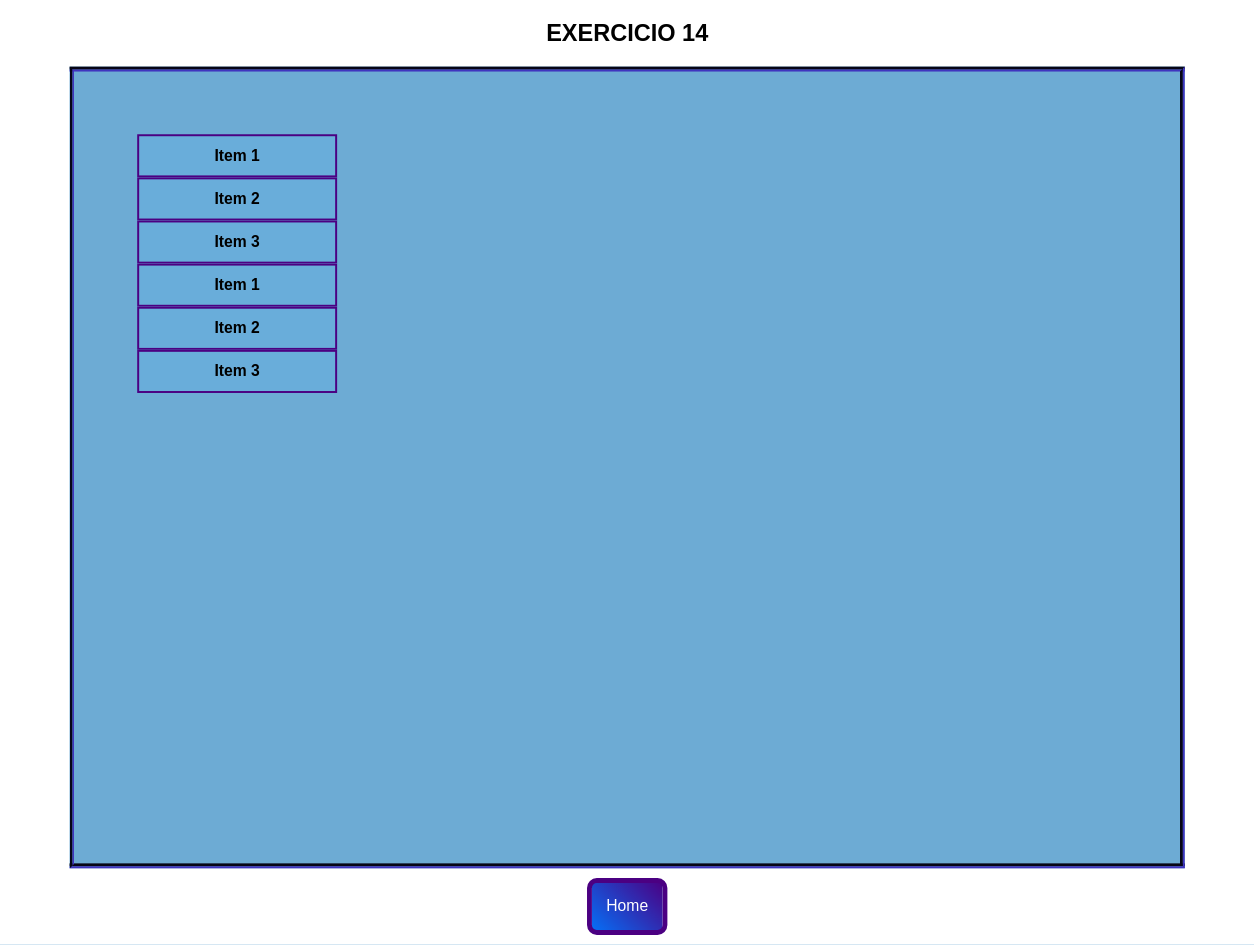
Repository: Elianmrey/TP1-Mobile-First
Page: EXERCISES/EX_14/index.html
The author's editor kept a copy of each file at every save. The page is drawn from the files as they stood at one save, then again after a run of saves.
The browser window is 1280 px wide. The pictures show the whole page, at 98% of full size.

Above is the page before, as saved 2024-08-05 16:54:59.

After the next 3 saves:
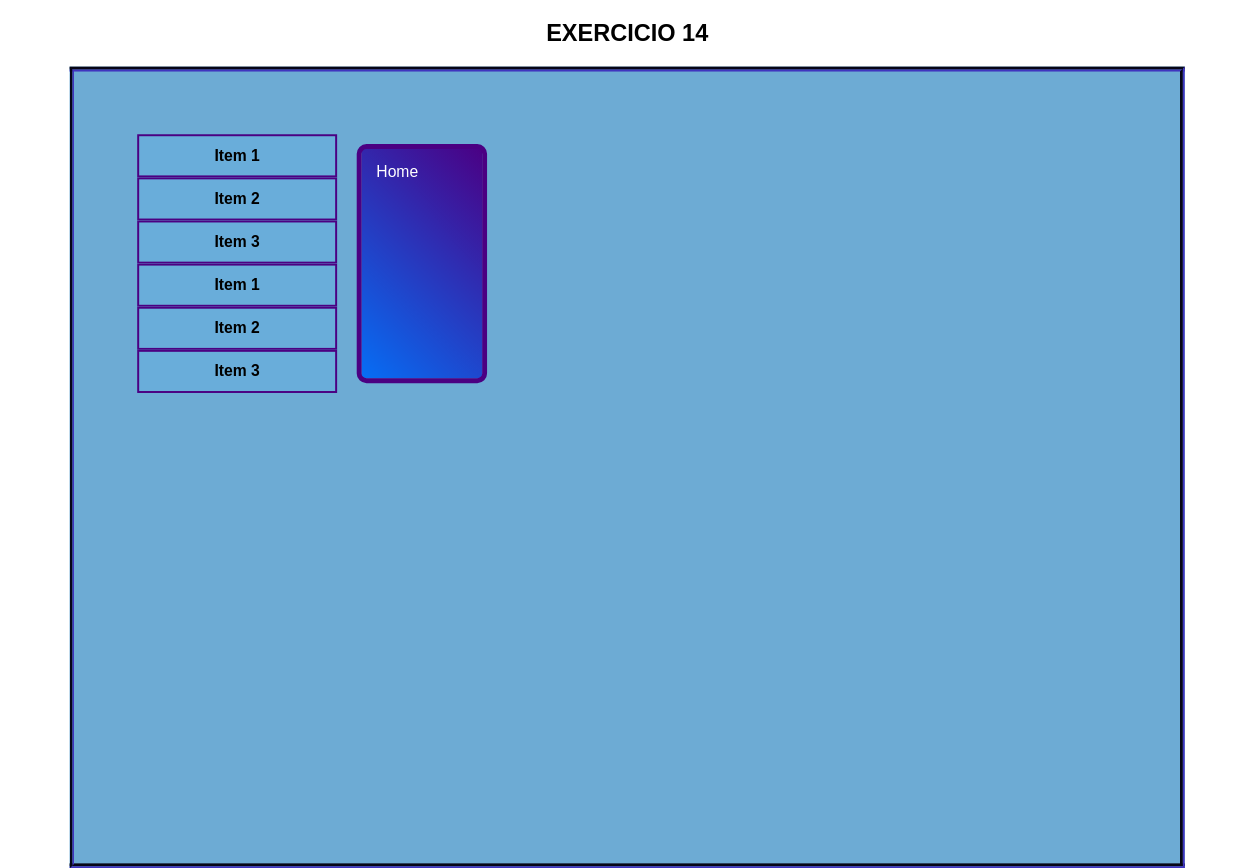
The 3 saves are shown as one change because they came seconds apart.
The last was saved 9 s later.
--- a/EXERCISES/EX_14/index.html
+++ b/EXERCISES/EX_14/index.html
@@ -25,11 +25,8 @@
       <div class="item">Item 1</div>
       <div class="item">Item 2</div>
       <div class="item">Item 3 </div>
+</div>
 
-    </div>
-
-
-  </div>
   <a href="../../index.html" class="link-home">Home</a>
 </body>
 
